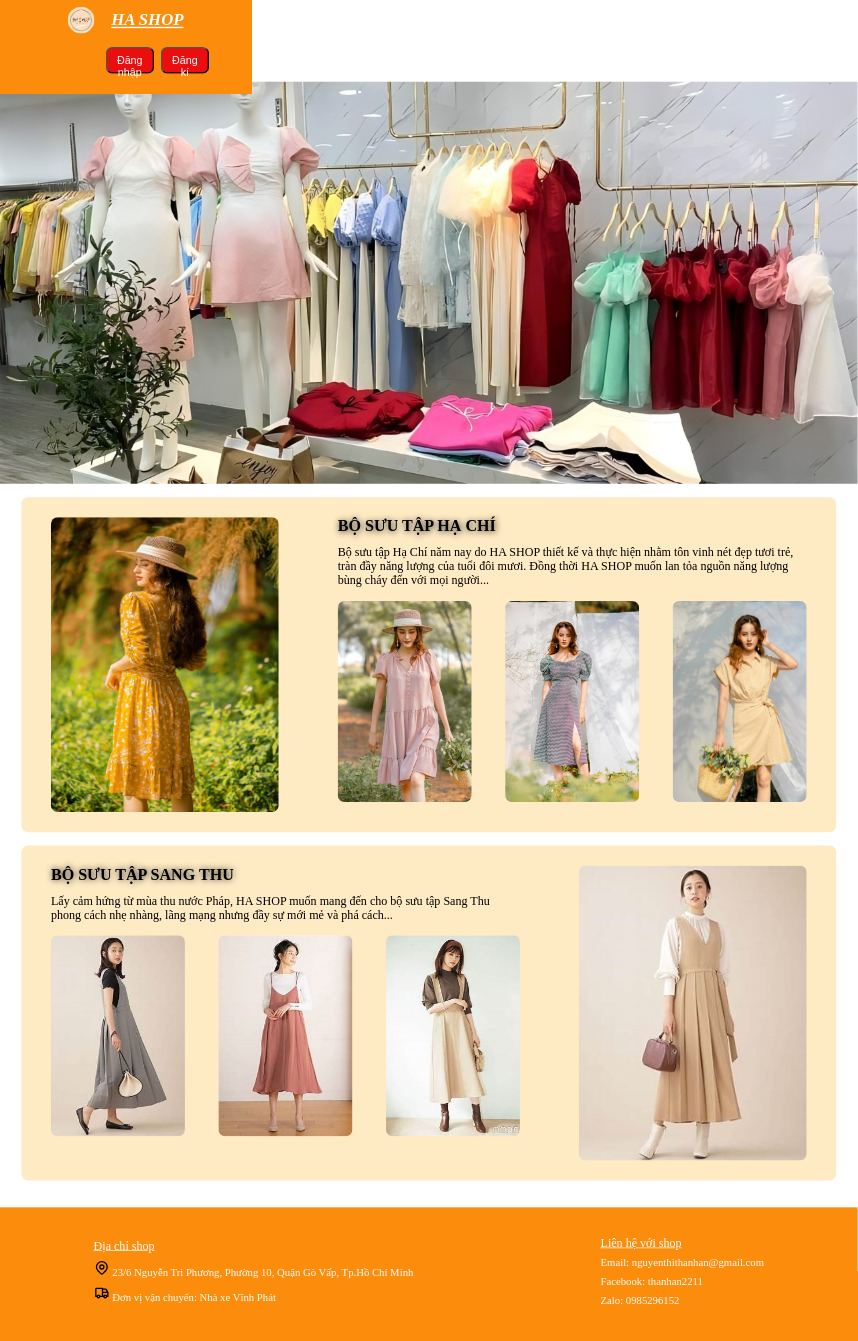
Repository: manhhieu120499/Project_ShopQuanAo
Page: index.html
The author's editor kept a copy of each file at every save. The page is drawn from the files as they stood at one save, then again after the next save.
The browser window is 1280 px wide. The pictures show the whole page, at 67% of full size.

Above is the page before, as saved 2023-04-07 23:15:04.

After the next save:
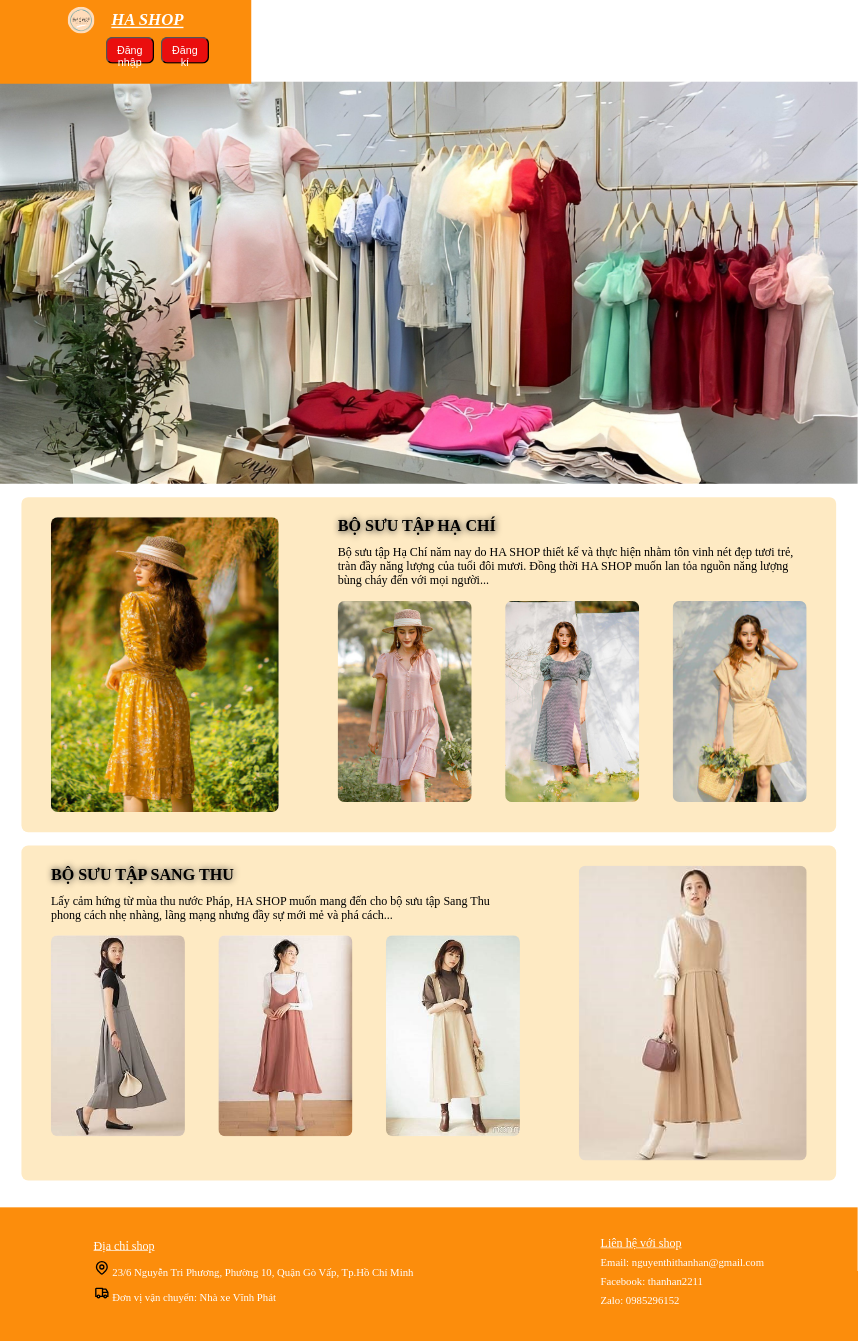
Saved 5 s later.
--- a/responsive/responsive_trangchu.css
+++ b/responsive/responsive_trangchu.css
@@ -90,6 +90,6 @@
        height: 40px;
        font-size: 16px;
        text-align: center;
-       margin-top: 20px;
+       margin-top: 5px;
     }
 }
